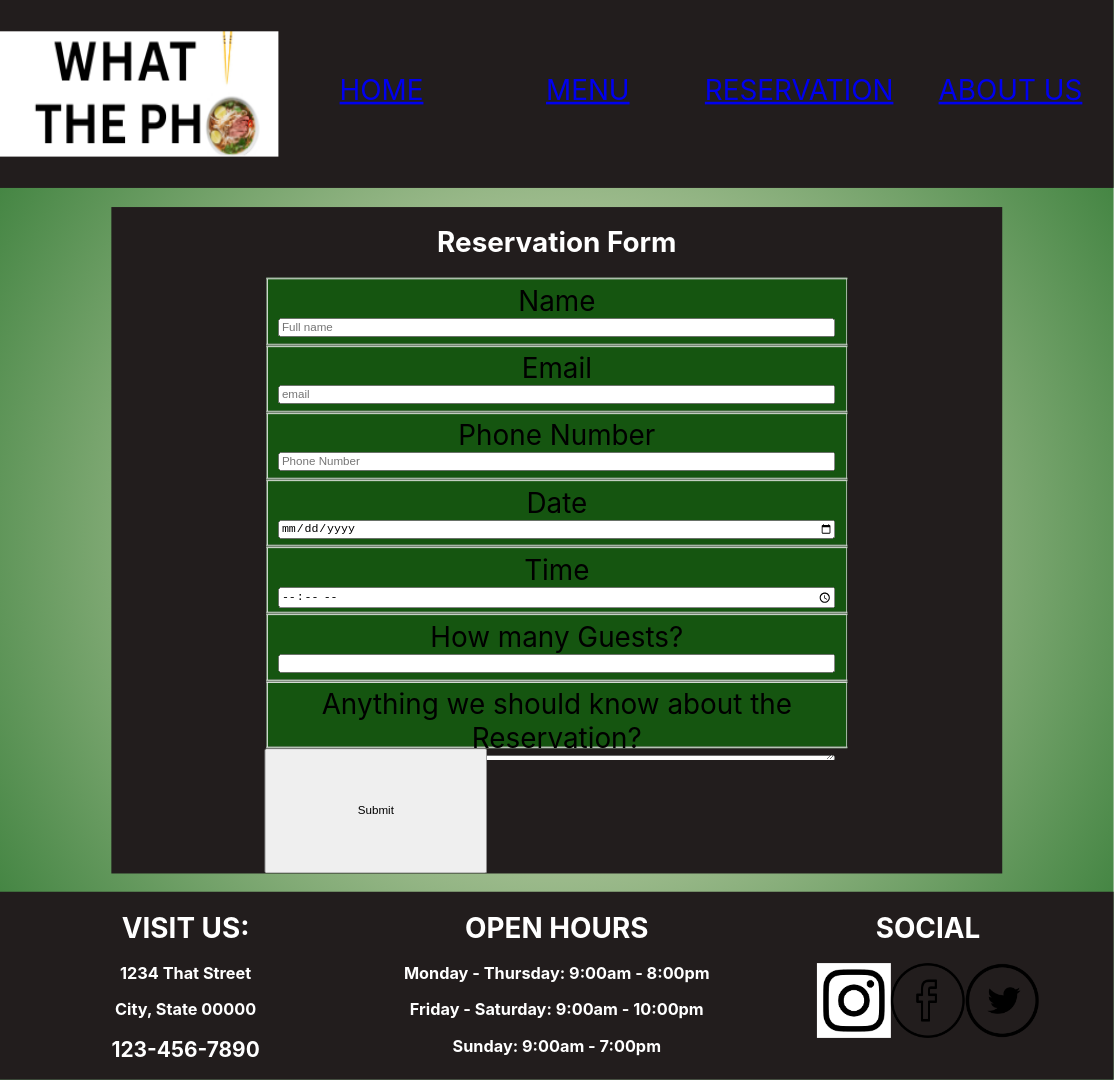
Repository: NguyenkhDang/Restaurant-Website
Page: /reservation
The author's editor kept a copy of each file at every save. The page is drawn from the files as they stood at one save, then again after the next save.
The browser window is 1280 px wide. The pictures show the whole page, at 87% of full size.
The project was rebuilt for these pictures with package versions that can differ from the ones it lists, and the page was loaded fresh each time. Also part of the build but not shown: src/CSS/Readmore.css, src/Readmore.js, src/CSS/SectionContainer.css, src/SectionContainer.js, src/CSS/Home.css, src/Pages/HomePage.js, src/Pages/MenuPage.js, src/Pages/AboutUsPage.js and 1 more.

Above is the page before, as saved 2026-01-18 16:58:25.

After the next save:
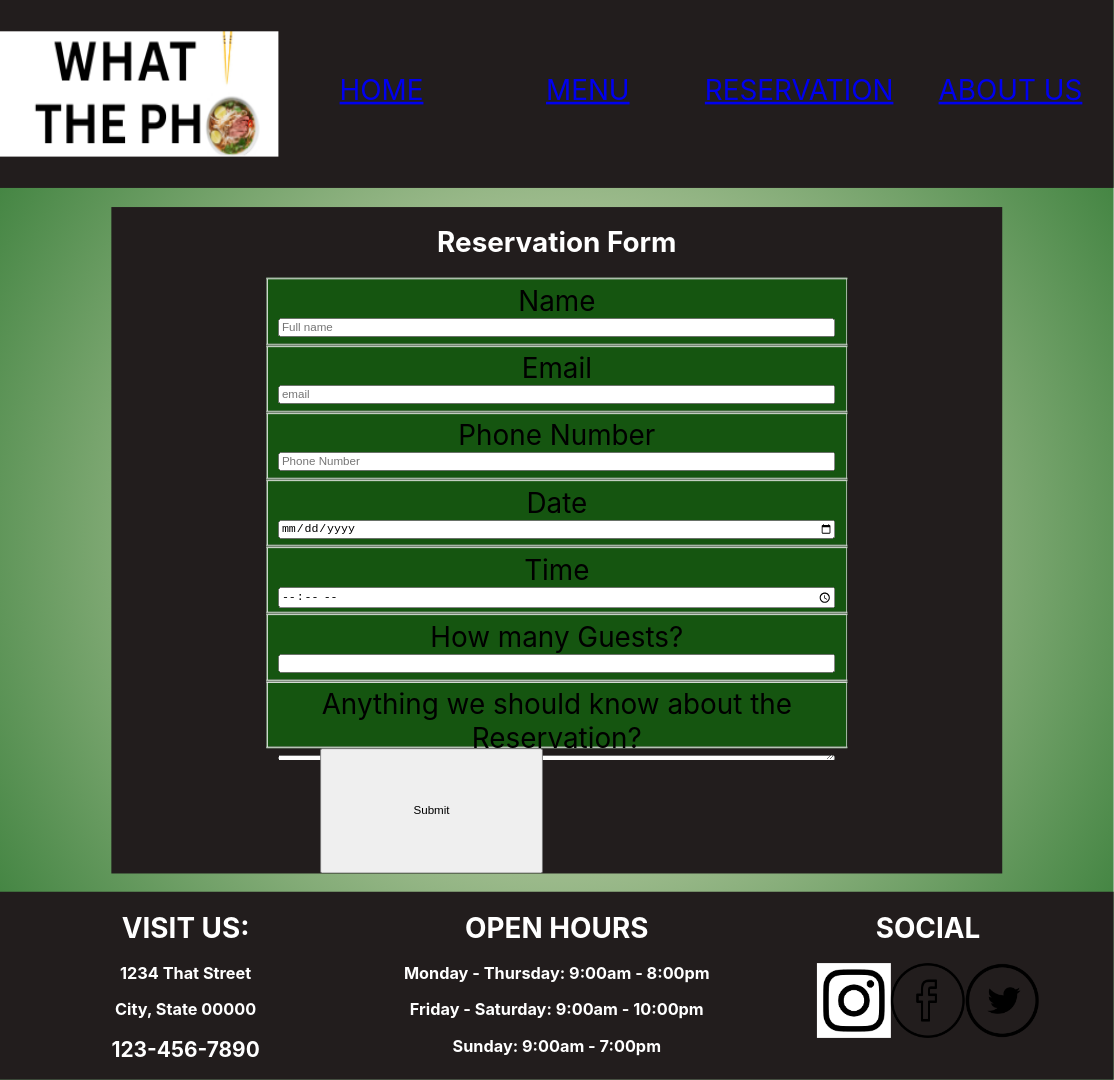
Saved 11 s later.
--- a/src/CSS/ReservationForm.css
+++ b/src/CSS/ReservationForm.css
@@ -27,6 +27,5 @@
 button{
   width: 20vw;
   height: 20vh;
-  align-items: center;
-  place-items: center;
+  margin: 0 5vw;
 }
